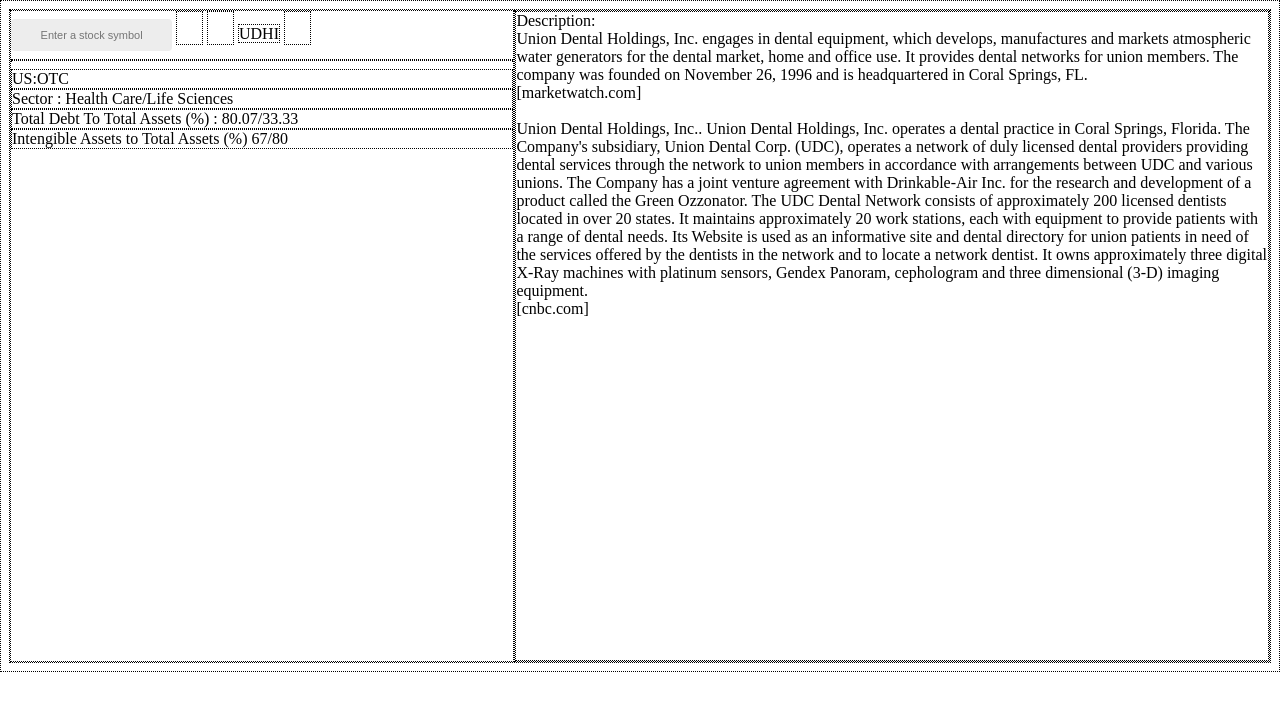
Repository: hadi4172/halal-stock-scanner
Page: popup.html
These files come from the project's save history. The page is drawn as it stood at one moment and after the next save; the edit follows.
The browser window is 1280 px wide. The pictures show the whole page.

Above is the page before, as saved 2020-09-24 18:10:05.

### popup.html
<!DOCTYPE html>
<html>

<head>
    <title>Halal Stock Scanner</title>
    <meta charset="UTF-8">
    <script src="popup.js"></script>
    <link rel="stylesheet" href="font-awesome/font-awesome.min.css">
    <link rel="stylesheet" type="text/css" href="popup.css">
</head>

<body>
    <div id=left>
        <input id=input type=text maxlength=5 placeholder="Enter a stock symbol" />
        <i id=search-btn class="fa fa-search fa-2x"></i>
        <i id=settings-btn class="fa fa-cog fa-2x"></i>
        <span id=symbol>UDHI</span>
        <i id=icon-is-correct-or-no class="fa fa-exclamation-circle fa-2x"></i>
        <hr>
        <div id=market>US:OTC</div>
        <div id=sector>Sector : Health Care/Life Sciences</div>
        <div id=debt-to-assets>Total Debt To Total Assets (%) : 80.07/33.33</div>
        <div id=intengible-assets-to-total-assets>Intengible Assets to Total Assets (%) 67/80 </div>
    </div>

    <div id=right>
        <div id=description>
            Description: <br />
            Union Dental Holdings, Inc. engages in dental equipment, which develops, manufactures and markets atmospheric water generators for the dental market, home and office use. It provides dental networks for union members. The company was founded on November 26, 1996 and is headquartered in Coral Springs, FL.<br />
            [marketwatch.com]<br /><br />
            Union Dental Holdings, Inc.. Union Dental Holdings, Inc. operates a dental practice in Coral Springs, Florida. The Company's subsidiary, Union Dental Corp. (UDC), operates a network of duly licensed dental providers providing dental services through the network to union members in accordance with arrangements between UDC and various unions. The Company has a joint venture agreement with Drinkable-Air Inc. for the research and development of a product called the Green Ozzonator. The UDC Dental Network consists of approximately 200 licensed dentists located in over 20 states. It maintains approximately 20 work stations, each with equipment to provide patients with a range of dental needs. Its Website is used as an informative site and dental directory for union patients in need of the services offered by the dentists in the network and to locate a network dentist. It owns approximately three digital X-Ray machines with platinum sensors, Gendex Panoram, cephologram and three dimensional (3-D) imaging equipment.<br />
            [cnbc.com]
        </div>
    </div>
</body>

</html>

### popup.css
* {
    border: 1px black dotted;
}

body{
    display:flex;
}

#right{
    width:60%
}

#left{
    width:40%
}

#description{
    height: 90vh;
    overflow: auto;
}

#input{
    max-width: 75%;
    font-size: 11px;
    border: none;
    background: hsl(0 0% 93%);
    border-radius: .25rem;
    padding: .6rem;
}

::placeholder {
    text-align: center;
  }

  input:placeholder-shown {
    text-align: left;
  }

Loaded but not shown: font-awesome/font-awesome.min.css (library); popup.js (no copy from this time; the picture is the same without it)

After the next save:
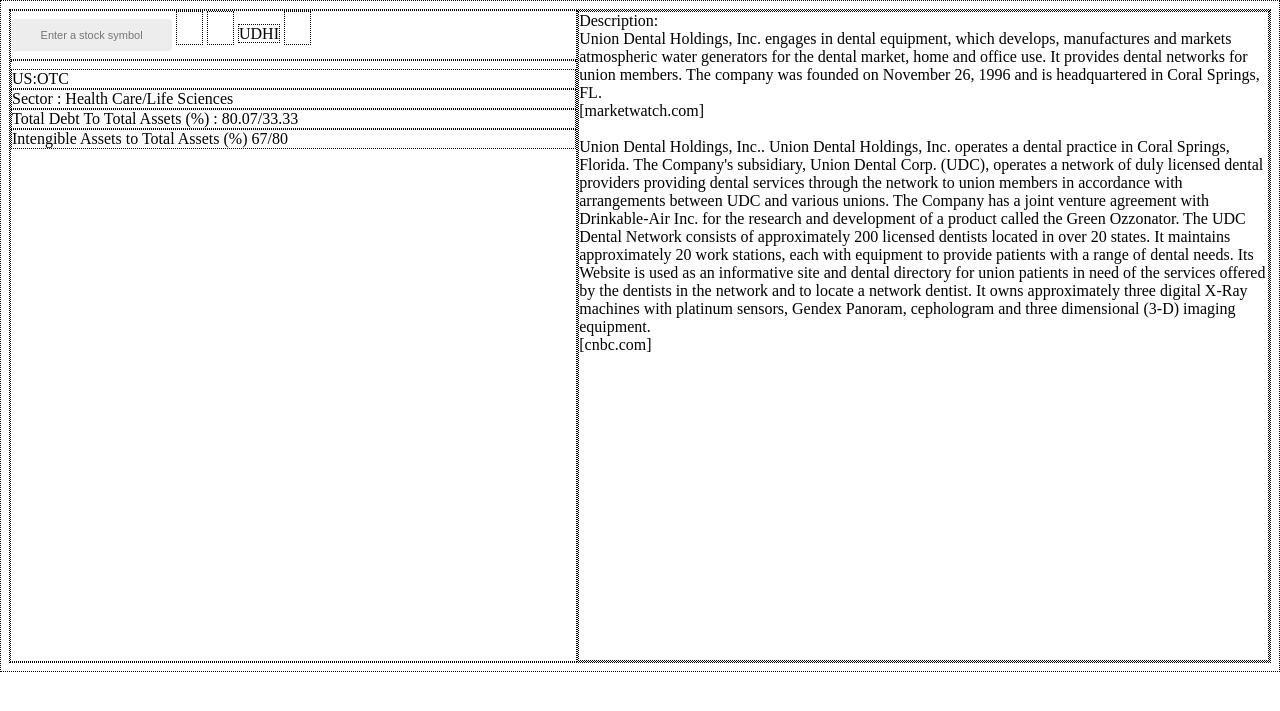
Saved 28 s later.
--- a/popup.css
+++ b/popup.css
@@ -7,11 +7,11 @@
 }
 
 #right{
-    width:60%
+    width:55%
 }
 
 #left{
-    width:40%
+    width:45%
 }
 
 #description{
